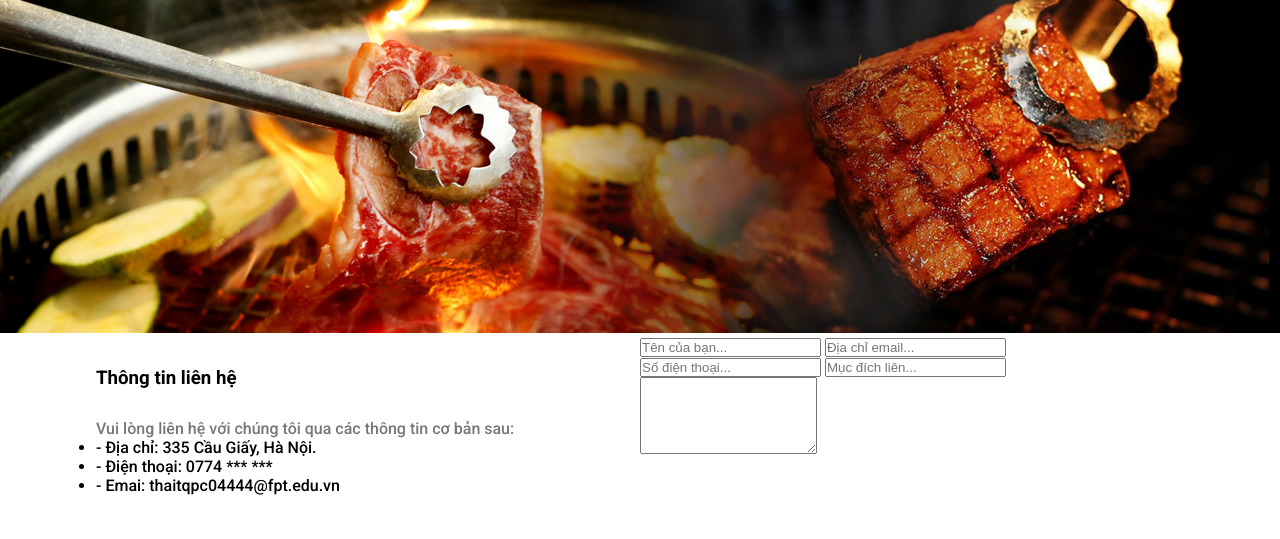
Repository: QUANGTHAI2003/sunhomesbbq
Page: LienHe.html
The author's editor kept a copy of each file at every save. The page is drawn from the files as they stood at one save, then again after the next save.
The browser window is 1280 px wide. The pictures show the whole page.
Some web fonts or font styles are not loaded; a fallback is used.

Above is the page before, as saved 2022-02-14 15:30:28.

After the next save:
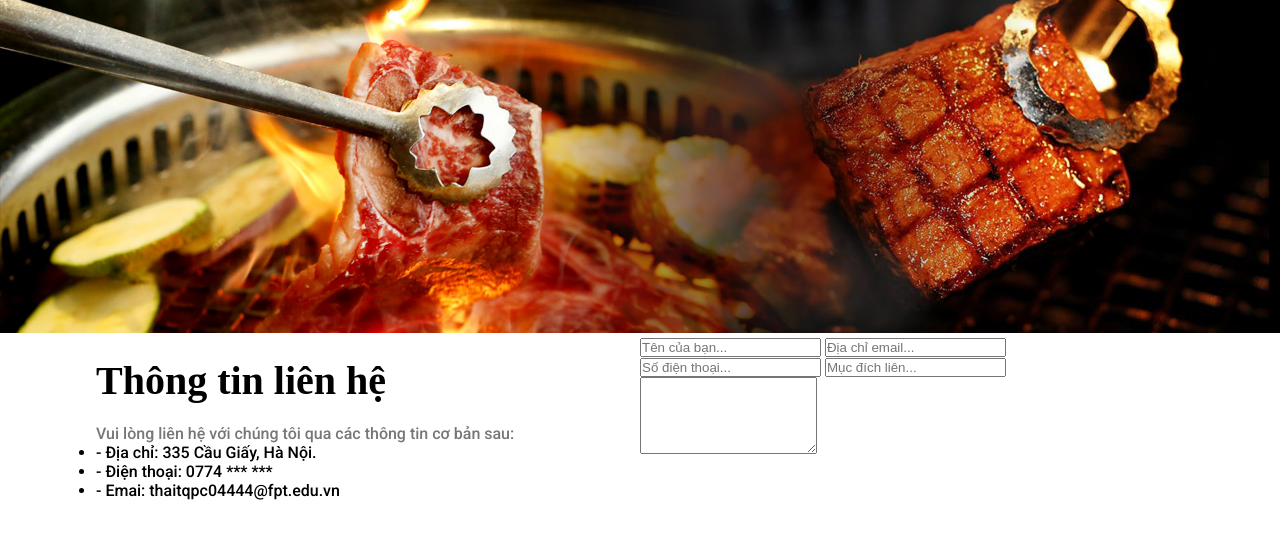
Saved 26 s later.
--- a/style.css
+++ b/style.css
@@ -798,10 +798,13 @@
     flex: 1;
 }
 .heading-LH {
-    padding-top: 30px;
+    font-size: 40px;
+    font-weight: bold;
+    font-family: 'Berkshire Swash';
+    padding-top: 20px;
 }
 .info-LH p {
-    padding-top: 30px;
+    padding-top: 20px;
     color: #777777;
 }
 .enter-info {
